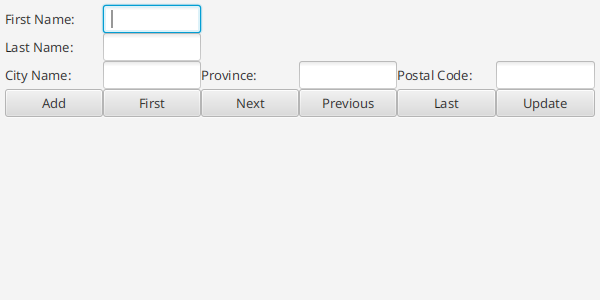
Repository: Mselenko/Java
Program's window: java w_5/JavaFx/src/task_2/AddressBook.java
An editor plug-in stored every save of this project. The program's window is shown before and after the next save, followed by the edit.
It runs on Java 21 on a 1366 x 768 screen with JavaFX 11; the title bar is not drawn.

Above is the program's window before, as saved 2019-06-21 23:14:38.

### w_5/JavaFx/src/task_2/AddressBook.java
package task_2;

import javafx.application.Application;
import javafx.geometry.HPos;
import javafx.geometry.Insets;
import javafx.geometry.Pos;
import javafx.scene.Scene;
import javafx.scene.control.Button;
import javafx.scene.control.Label;
import javafx.scene.control.TextField;
import javafx.scene.layout.GridPane;
import javafx.stage.Stage;

public class AddressBook extends Application {
    @Override
    public void start(Stage myStage) {

        myStage.setTitle("Address Book");

        GridPane rootNode = new GridPane();
        rootNode.setPadding(new Insets(5));
        rootNode.setHgap(0);
        rootNode.setVgap(0);
        rootNode.setMaxWidth(600);
        //rootNode.setAlignment(Pos.TOP_LEFT);

        Scene myScene = new Scene(rootNode, 600, 300);
        myScene.getStylesheets().add("task_2/application.css");

        rootNode.add(new Label("First Name: "), 0, 0);
        TextField firstValue = new TextField();
        firstValue.getStyleClass().add("text-field");
        //firstValue.setPrefWidth(490);

        rootNode.add(firstValue, 1, 0);
        rootNode.add(new Label("Last Name: "), 0, 4);
        TextField secondValue = new TextField();
        rootNode.add(secondValue, 1, 4);

        rootNode.add(new Label("City Name: "), 0, 6);

        TextField city = new TextField();

        rootNode.add(city, 1, 6);

rootNode.add(new Label("Province: "), 2, 6);

        TextField province = new TextField();

        rootNode.add(province, 3, 6);

rootNode.add(new Label("Postal Code: "), 4, 6);

        TextField postalCode = new TextField();

        rootNode.add(postalCode, 5, 6);

        Button aButton = new Button("Add");
        aButton.getStyleClass().add("my-special-button");
        rootNode.add(aButton, 0, 9);
        Button bButton = new Button("First");
        rootNode.add(bButton, 1, 9);
        Button cButton = new Button("Next");
        rootNode.add(cButton, 2, 9);
        Button dButton = new Button("Previous");
        rootNode.add(dButton, 3, 9);
        Button eButton = new Button("Last");
        rootNode.add(eButton, 4, 9);
        Button fButton = new Button("Update");
        rootNode.add(fButton, 5, 9);

//        GridPane.setHalignment(aButton, HPos.LEFT);
//        TextField result = new TextField();
//        result.setEditable(false);
//        rootNode.add(result, 1, 3);
//
//        aButton.setOnAction(e -> {
//            Integer value1 = Integer.valueOf(firstValue.getText());
//            Integer value2 = Integer.valueOf(secondValue.getText());
//            Integer r = value1 + value2;
//            result.setText(r.toString());
//        });

        myStage.setScene(myScene);

        myStage.show();
    }

    public static void main(String[] args) {
        launch(args);
    }

}

### w_5/JavaFx/src/task_2/application.css
.text-field{
    -fx-min-width: 50;

}


.button {
    -fx-pref-width: 200px;
}

After the next save:
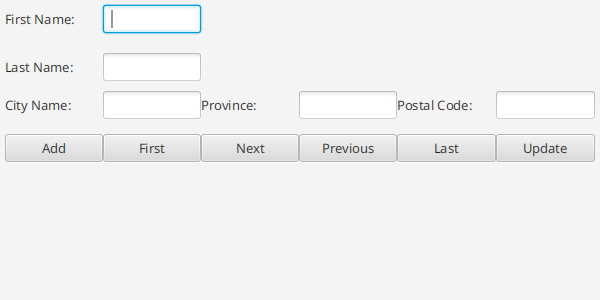
Saved 30 s later.
--- a/w_5/JavaFx/src/task_2/AddressBook.java
+++ b/w_5/JavaFx/src/task_2/AddressBook.java
@@ -20,7 +20,7 @@
         GridPane rootNode = new GridPane();
         rootNode.setPadding(new Insets(5));
         rootNode.setHgap(0);
-        rootNode.setVgap(0);
+        rootNode.setVgap(5);
         rootNode.setMaxWidth(600);
         //rootNode.setAlignment(Pos.TOP_LEFT);
 
